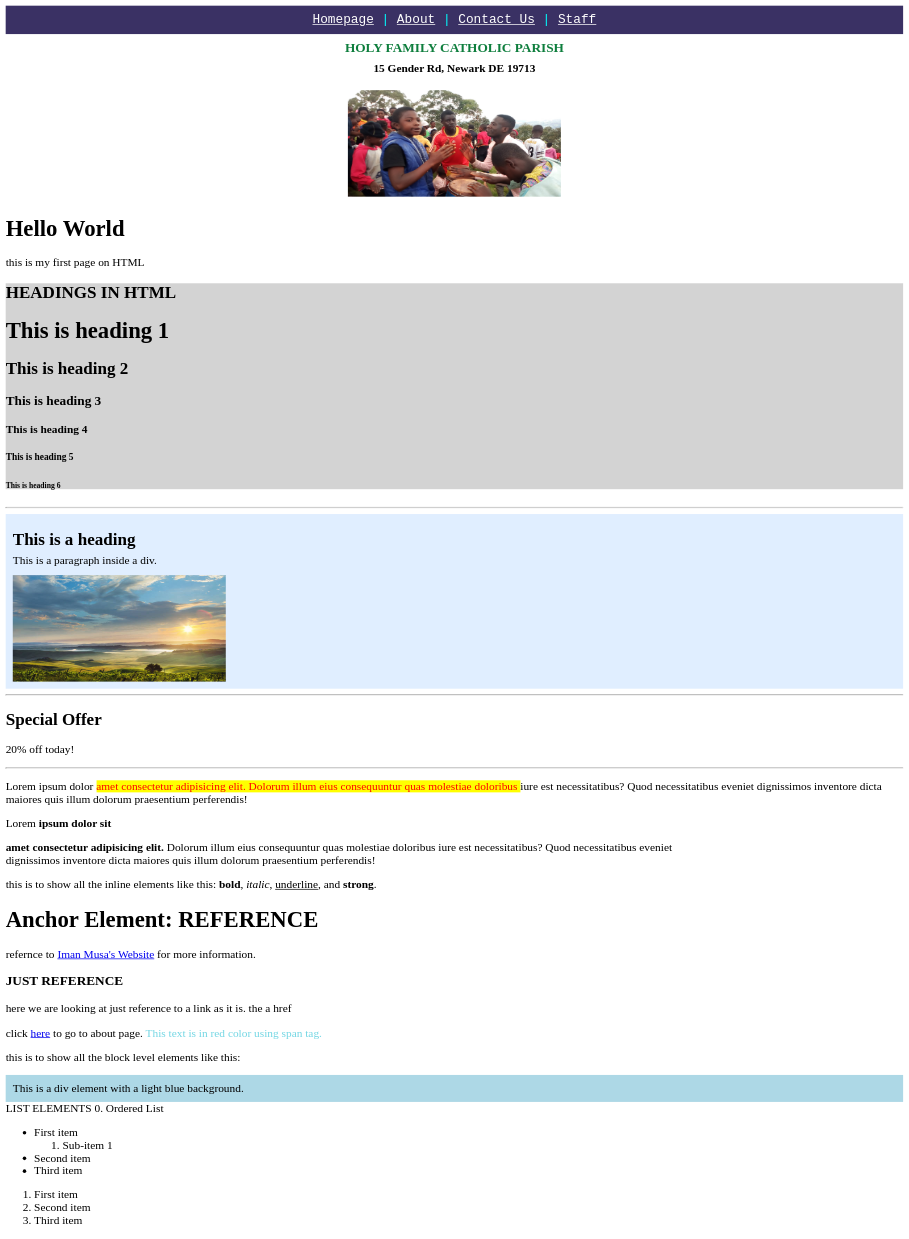
Repository: ficotims/HTML-RESTART
Page: Homepage.html
An editor plug-in stored every save of this project. The page is shown before and after the next save, followed by the edit.
The browser window is 1280 px wide. The pictures show the whole page, at 71% of full size.

Above is the page before, as saved 2026-02-10 13:12:00.

After the next save:
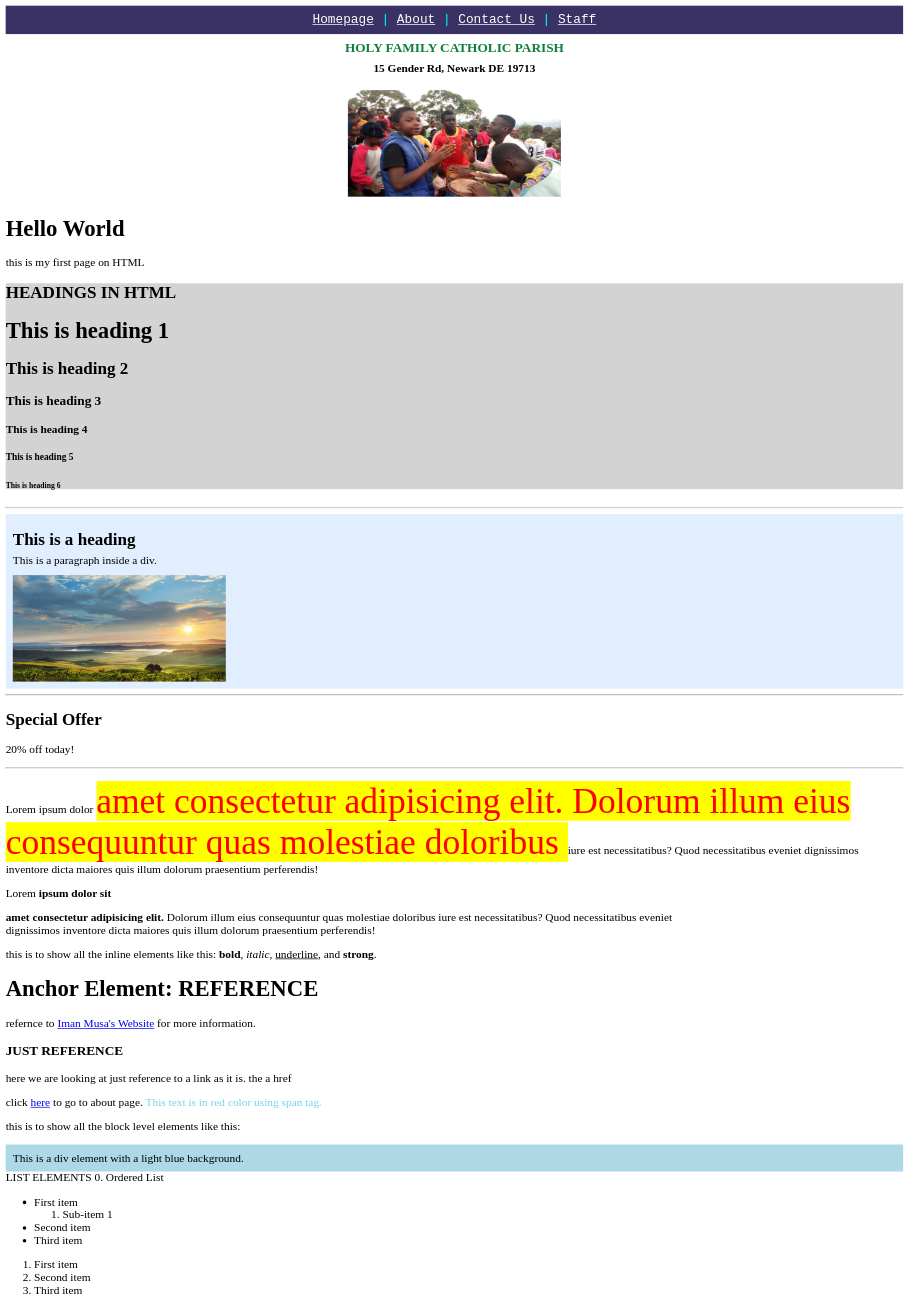
Saved 91 s later.
--- a/Style 1.css
+++ b/Style 1.css
@@ -1,5 +1,5 @@
 .body1 {
     color: red;
     background-color: yellow;
-    font-size: 16px;
+    font-size: 50px;
 }
